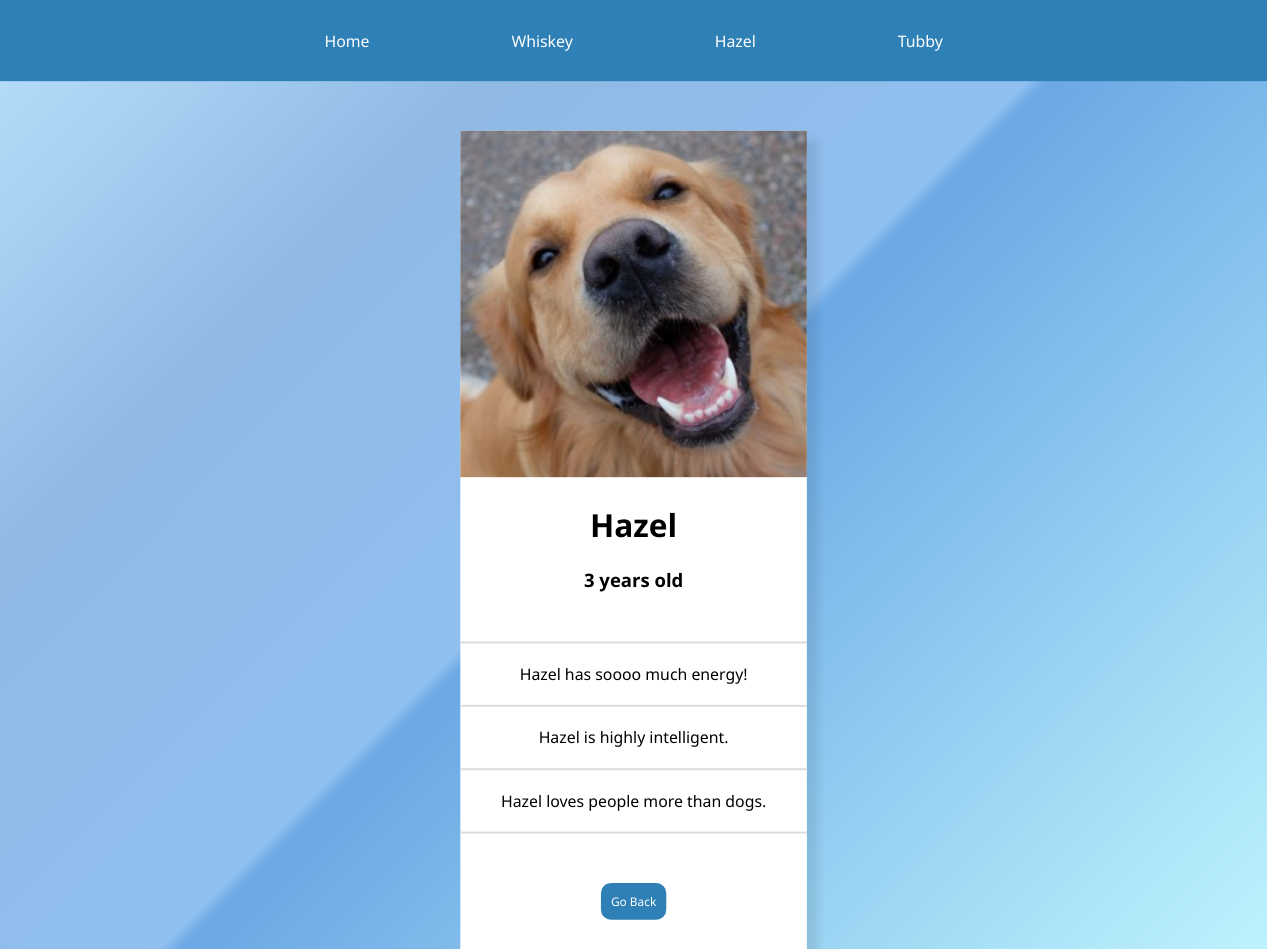
Repository: johnmutina/dog-finder
Page: /dogs/Hazel
The author's editor kept a copy of each file at every save. The page is drawn from the files as they stood at one save, then again after the next save.
The browser window is 1280 px wide. The pictures show the whole page, at 99% of full size.
The project was rebuilt for these pictures with package versions that can differ from the ones it lists, and the page was loaded fresh each time. Also part of the build but not shown: src/DogFinder.css, src/DogFinder.js.

Above is the page before, as saved 2019-07-28 15:50:59.

### src/App.js
import React, { Component } from "react";
import { Switch, Route, NavLink, Redirect } from "react-router-dom";
import DogFinder from "./DogFinder";
import Dog from "./Dog";
import "./App.css";

// Import all images in image folder
function importAll(r) {
  let images = {};
  r.keys().map((item, index) => {
    images[item.replace("./", "")] = r(item);
  });
  return images;
}

const images = importAll(
  require.context("./assets", false, /\.(gif|jpe?g|svg)$/)
);

class App extends Component {
  static defaultProps = {
    dogs: [
      {
        name: "Whiskey",
        age: 5,
        src: images["whiskey.jpg"],
        facts: [
          "Whiskey loves eating popcorn.",
          "Whiskey is a terrible guard dog.",
          "Whiskey wants to cuddle with you!"
        ]
      },
      {
        name: "Hazel",
        age: 3,
        src: images["hazel.jpg"],
        facts: [
          "Hazel has soooo much energy!",
          "Hazel is highly intelligent.",
          "Hazel loves people more than dogs."
        ]
      },
      {
        name: "Tubby",
        age: 4,
        src: images["tubby.jpg"],
        facts: [
          "Tubby is not the brightest dog",
          "Tubby does not like walks or exercise.",
          "Tubby loves eating food."
        ]
      }
    ]
  };

  render() {
    return (
      <div className="App">
        {/* NAVBAR */}
        <div className="App-navbar">
          <NavLink to="/dogs" activeClassName="App-active-navlink">
            Home
          </NavLink>
          {this.props.dogs.map(dog => (
            <NavLink
              key={dog.name}
              to={`/dogs/${dog.name}`}
              activeClassName="App-active-navlink"
            >
              {dog.name}
            </NavLink>
          ))}
        </div>

        {/* ROUTES SETUP */}

        <Switch>
          <Route
            exact
            path="/dogs"
            render={routeProps => (
              <DogFinder dogs={this.props.dogs} {...routeProps} />
            )}
          />
          <Route
            exact
            path="/dogs/:name"
            render={routeProps => (
              <Dog
                {...this.props.dogs.filter(
                  dog => dog.name === routeProps.match.params.name
                )[0]}
                {...routeProps}
              />
            )}
          />
          <Route render={() => <Redirect to="/dogs" />} />
        </Switch>
      </div>
    );
  }
}

export default App;

### src/Dog.js
import React, { Component } from "react";
import "./Dog.css";

class Dog extends Component {
  render() {
    return (
      <div className="Dog">
        <img src={this.props.src} alt={`${this.props.name}`} />
        <h1>{this.props.name}</h1>
        <h3>{this.props.age} years old</h3>
        <ul>
          {this.props.facts.map(fact => (
            <li>{fact}</li>
          ))}
        </ul>
        <button onClick={this.props.history.goBack}>Go Back</button>
      </div>
    );
  }
}

export default Dog;

### src/App.css
* {
  font-family: "Segoe UI", Tahoma, Geneva, Verdana, sans-serif;
}

.App {
  min-height: 100vh;
  text-align: center;
  background: #b8e1fc; /* Old browsers */
  background: -moz-linear-gradient(
    -45deg,
    #b8e1fc 0%,
    #a9d2f3 10%,
    #90bae4 25%,
    #90bcea 37%,
    #90bff0 50%,
    #6ba8e5 51%,
    #a2daf5 83%,
    #bdf3fd 100%
  ); /* FF3.6-15 */
  background: -webkit-linear-gradient(
    -45deg,
    #b8e1fc 0%,
    #a9d2f3 10%,
    #90bae4 25%,
    #90bcea 37%,
    #90bff0 50%,
    #6ba8e5 51%,
    #a2daf5 83%,
    #bdf3fd 100%
  ); /* Chrome10-25,Safari5.1-6 */
  background: linear-gradient(
    135deg,
    #b8e1fc 0%,
    #a9d2f3 10%,
    #90bae4 25%,
    #90bcea 37%,
    #90bff0 50%,
    #6ba8e5 51%,
    #a2daf5 83%,
    #bdf3fd 100%
  ); /* W3C, IE10+, FF16+, Chrome26+, Opera12+, Safari7+ */
  filter: progid:DXImageTransform.Microsoft.gradient( startColorstr='#b8e1fc', endColorstr='#bdf3fd',GradientType=1 ); /* IE6-9 fallback on horizontal gradient */
}
.App-navbar {
  display: flex;
  background-color: #2e80b6;
  justify-content: space-around;
  padding: 30px 20%;
}

.App-navbar > * {
  color: white;
  text-decoration: none;
  text-transform: capitalize;
}

.App-navbar > *:hover {
  text-decoration: underline;
  font-weight: bolder;
}

### src/Dog.css
.Dog {
  width: 60%;
  max-width: 350px;
  margin: 50px auto 0 auto;
  background: white;
  -webkit-box-shadow: 10px 10px 8px 1px rgba(0, 0, 0, 0.09);
  -moz-box-shadow: 10px 10px 8px 1px rgba(0, 0, 0, 0.09);
  box-shadow: 10px 10px 8px 1px rgba(0, 0, 0, 0.09);
}

.Dog img {
  width: 100%;
}

.Dog ul {
  list-style: none;
  padding-left: 0;
  margin: 50px 0;
  width: 100%;
}

.Dog ul li {
  /* margin: 20px 0; */
  padding: 20px;
  border-top: 2px solid rgb(220, 220, 220);
}

.Dog ul li:last-child {
  border-bottom: 2px solid rgb(220, 220, 220);
}

.Dog button {
  margin-bottom: 30px;
  padding: 10px;
  background-color: #2e80b6;
  color: white;
  font-size: 12px;
  border: none;
  border-radius: 10px;
  transition: all 0.2s ease-in-out;
}

.Dog button:hover {
  cursor: pointer;
  background-color: #134e76;
}

Loaded but not shown: public/index.html (common file); src/index.js (common file); src/index.css (common file); src/serviceWorker.js (common file)

After the next save:
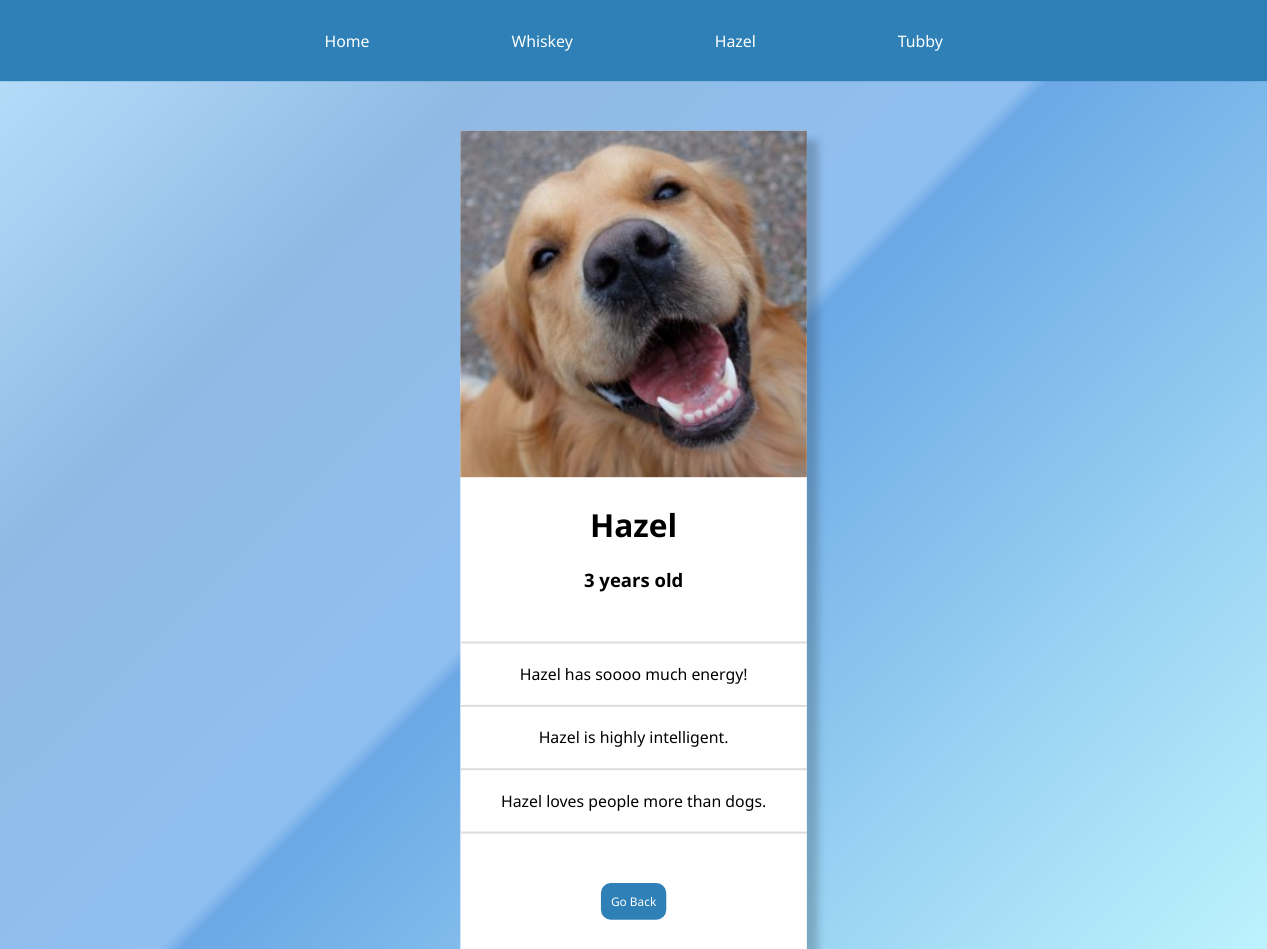
Saved 8 s later.
--- a/src/Dog.css
+++ b/src/Dog.css
@@ -3,9 +3,9 @@
   max-width: 350px;
   margin: 50px auto 0 auto;
   background: white;
-  -webkit-box-shadow: 10px 10px 8px 1px rgba(0, 0, 0, 0.09);
-  -moz-box-shadow: 10px 10px 8px 1px rgba(0, 0, 0, 0.09);
-  box-shadow: 10px 10px 8px 1px rgba(0, 0, 0, 0.09);
+  -webkit-box-shadow: 10px 10px 8px 1px rgba(0, 0, 0, 0.2);
+  -moz-box-shadow: 10px 10px 8px 1px rgba(0, 0, 0, 0.2);
+  box-shadow: 10px 10px 8px 1px rgba(0, 0, 0, 0.2);
 }
 
 .Dog img {
